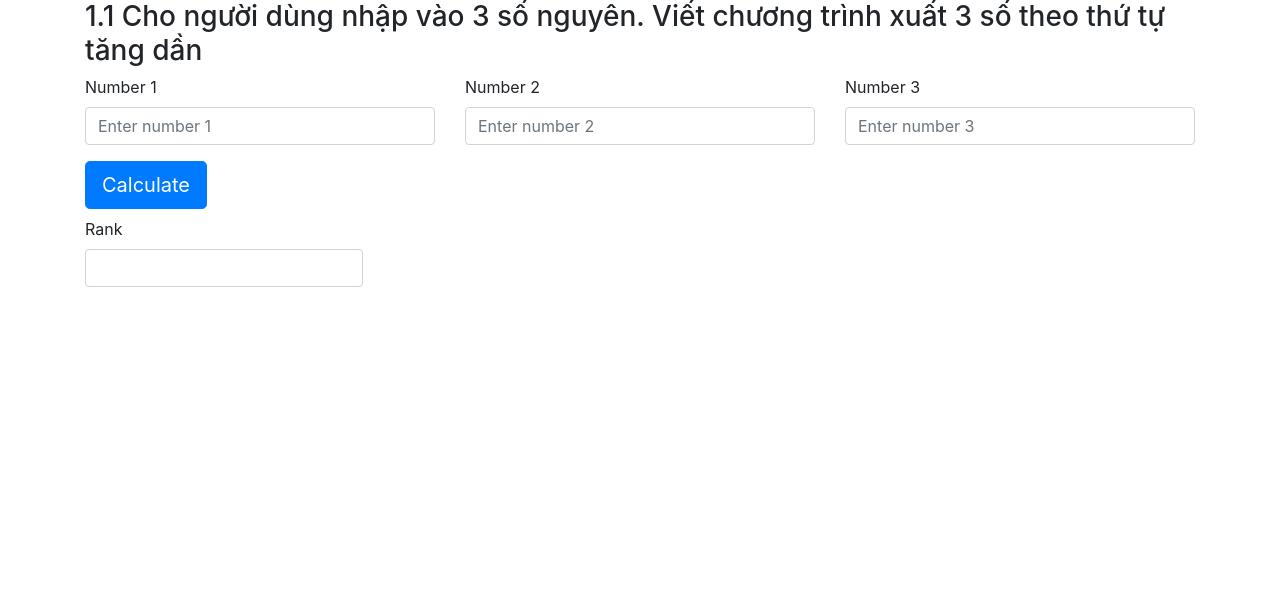
Repository: baobaodeveloper/bootscamp21__jsbasic__HuynhAnhBao
Page: index.html
These files come from the project's save history. The page is drawn as it stood at one moment and after the next save; the edit follows.
The browser window is 1280 px wide. The pictures show the whole page.

Above is the page before, as saved 2022-03-09 23:45:24.

After the next save:
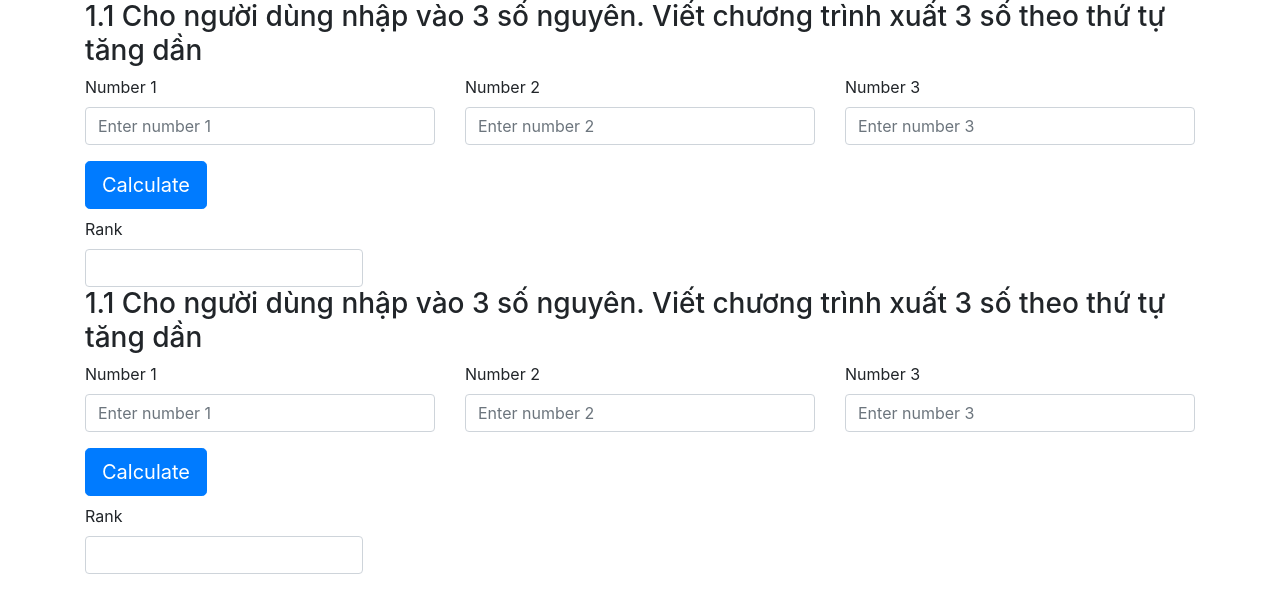
Saved 2 min 17 s later.
--- a/index.html
+++ b/index.html
@@ -18,6 +18,49 @@
     />
   </head>
   <body>
+    <div class="container">
+      <h3>
+        1.1 Cho người dùng nhập vào 3 số nguyên. Viết chương trình xuất 3 số
+        theo thứ tự tăng dần
+      </h3>
+
+      <div class="row">
+        <div class="col">
+          <label class="form-label">Number 1</label>
+          <input
+            type="text"
+            class="form-control num1"
+            placeholder="Enter number 1"
+          />
+        </div>
+        <div class="col">
+          <label class="form-label">Number 2</label>
+          <input
+            type="number"
+            class="form-control num2"
+            placeholder="Enter number 2"
+          />
+        </div>
+        <div class="col">
+          <label class="form-label">Number 3</label>
+          <input
+            type="number"
+            class="form-control num3"
+            placeholder="Enter number 3"
+          />
+        </div>
+      </div>
+
+      <button type="button " class="btn btn-primary btn-lg mt-3 mb-2 btn-rank">
+        Calculate
+      </button>
+
+      <div class="mt-3 m-auto">
+        <label class="form-label">Rank</label>
+        <input type="text" class="form-control w-25 result1" />
+      </div>
+    </div>
+
     <div class="container">
       <h3>
         1.1 Cho người dùng nhập vào 3 số nguyên. Viết chương trình xuất 3 số
